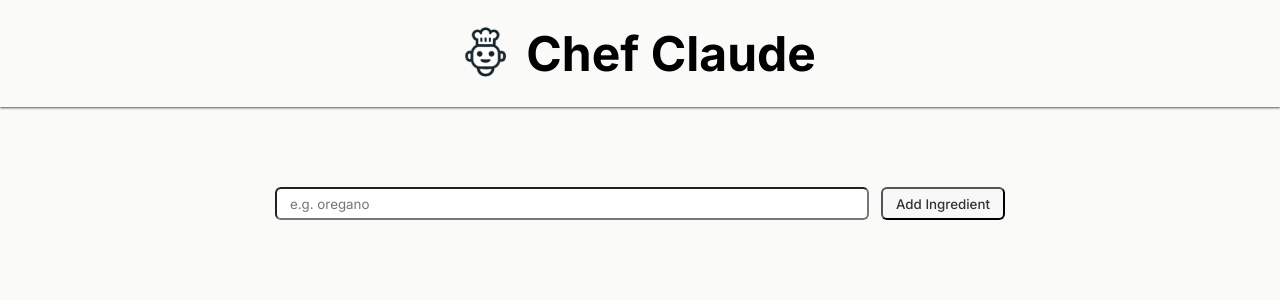
Repository: AchrafAzzaoui/Chef_Claude--React_Course_Scrimba_Project
Page: / (app in project/)
An editor plug-in stored every save of this project. The page is shown before and after the next save, followed by the edit.
The browser window is 1280 px wide. The pictures show the whole page.
The project was rebuilt for these pictures with package versions that can differ from the ones it lists, and the page was loaded fresh each time. Also part of the build but not shown: project/vite.config.js.

Above is the page before, as saved 2024-11-30 17:55:06.

After the next save:
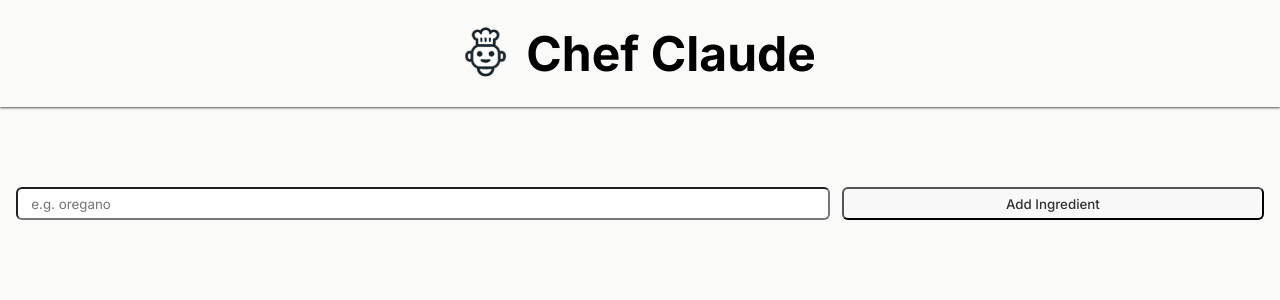
Saved 29 s later.
--- a/project/index.css
+++ b/project/index.css
@@ -48,12 +48,13 @@
 
 .add-ingredient-form .form-group input {
   padding: 0.5em 1em;
-  width: 37.125rem;
+  flex: 2;
   border-radius: 6px;
 }
 
 .add-ingredient-form .form-group button {
   padding: 0.5em 1em;
+  flex: 1;
   border-radius: 6px;
   background-color: #f8f8f8;
   color: #333;
